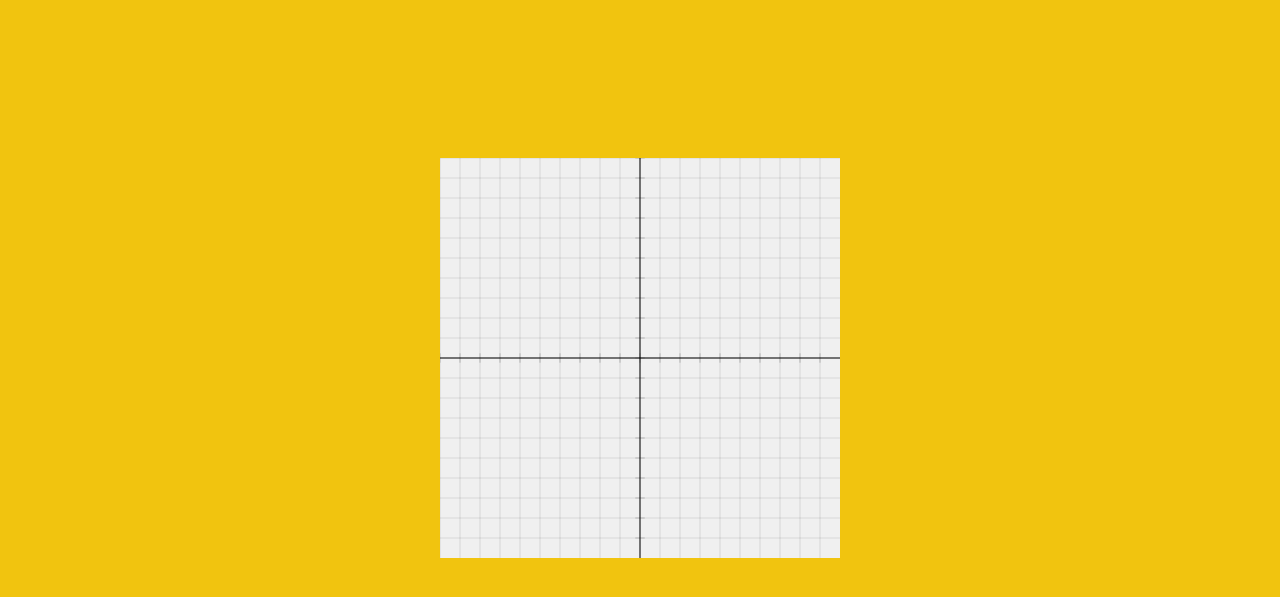
Repository: animarcus/graphing-app
Page: index.html
The author's editor kept a copy of each file at every save. The page is drawn from the files as they stood at one save, then again after the next save.
The browser window is 1280 px wide. The pictures show the whole page.
Some web libraries are served in a nearby version.

Above is the page before, as saved 2020-09-26 19:38:11.

### index.html
<!DOCTYPE html>
<html lang="en">
<head>
  <link rel="apple-touch-icon"sizes="180x180"href="/icons/apple-touch-icon.png">
  <link rel="icon"type="image/png"sizes="32x32"href="/icons/favicon-32x32.png">
  <link rel="icon"type="image/png"sizes="16x16"href="/icons/favicon-16x16.png">
  <link rel="manifest"href="/icons/site.webmanifest">

  <link rel="stylesheet" href="css/style.css">
  <meta charset="UTF-8">
  <meta name="viewport" content="width=device-width, initial-scale=1.0, maximum-scale=1.0, user-scalable=0">
  <title>PLACEHOLDER</title>

  <script type="text/javascript" src="https://cdn.jsdelivr.net/npm/p5@1.1.4/lib/p5.min.js"></script>
  <script src="js/sketch.js"></script>
</head>
<body>
  <div id="canvas1"></div>
</body>
</html>

### css/style.css
* {
  cursor: default;
  /* -webkit-touch-callout: none;
  -webkit-user-select: none;
  -khtml-user-select: none;
  -moz-user-select: none;
  -ms-user-select: none;
  user-select: none; */
}
body {
  background: #f1c40f;
  height: 100%;
  overflow-y: hidden;
  overflow-x: hidden;
  /* border-radius: 50%; */
}

#canvas1 {
  position: absolute;
  top:50%;
  left:50%;
  transform: translate(-50%,-50%);
}

### js/sketch.js

let canvasW = 400;
let canvasH = 400;
let cellW = 20;

function setup() {
  let canvas = createCanvas(canvasW,canvasH);
  canvas.parent("canvas1");

  background(240);
  translate(canvasW/2, canvasH/2);

  stroke('rgba(0%, 0%, 0%, 1)');
  line(-canvasW/2, 0, canvasW/2, 0);
  line(0, -canvasH/2, 0, canvasH/2);

  stroke('rgba(0%, 0%, 0%, 0.1)');
  for (let x = -canvasW/2; x < canvasW/2; x += cellW) {
    console.log(x/cellW);
    strokeWeight(1);
    line(x, -canvasH/2, x, canvasH/2);
    strokeWeight(2);
    line(x, -cellW/5, x, cellW/5);
  }
  for (let y = -canvasH/2; y < canvasH/2; y += cellW) {
    strokeWeight(1);
    line(-canvasW/2, y, canvasW/2, y);
    strokeWeight(2);
    line(-cellW/5, y, cellW/5, y);
  }
}


function draw() {
  fill(color("green"));
  drawHandlers.drawGrid();
}


let drawHandlers = {
  drawGrid : function() {

  }
};

After the next save:
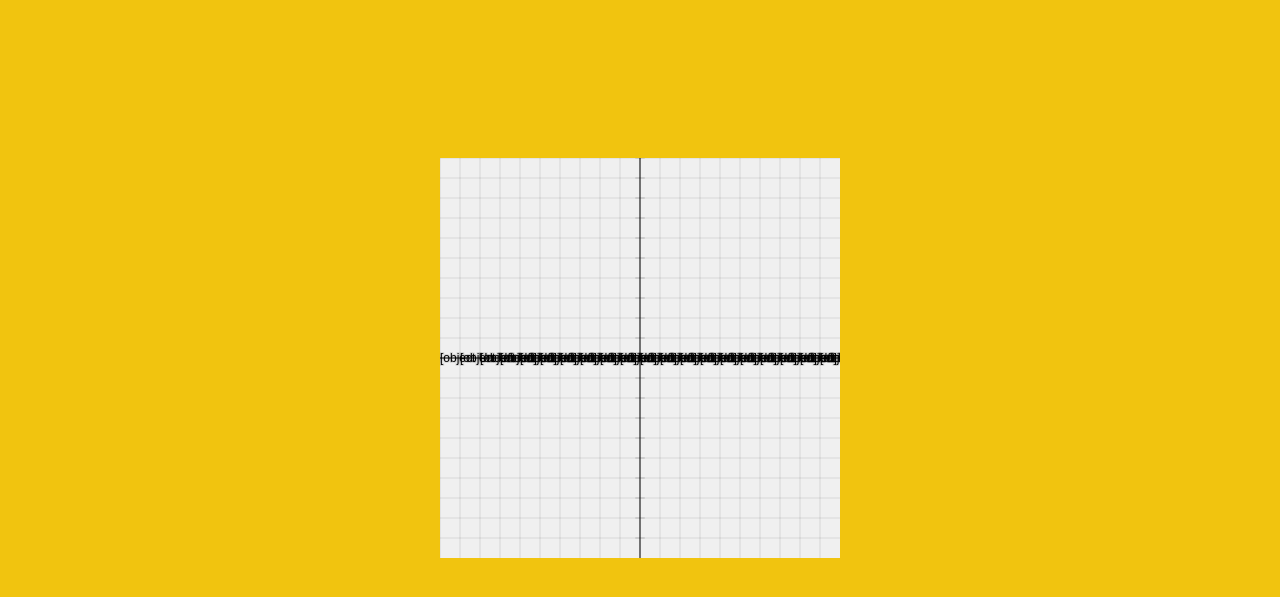
Saved 2 min 21 s later.
--- a/js/sketch.js
+++ b/js/sketch.js
@@ -21,6 +21,7 @@ function setup() {
     line(x, -canvasH/2, x, canvasH/2);
     strokeWeight(2);
     line(x, -cellW/5, x, cellW/5);
+    text(toString(x), x, cellW/5);
   }
   for (let y = -canvasH/2; y < canvasH/2; y += cellW) {
     strokeWeight(1);
